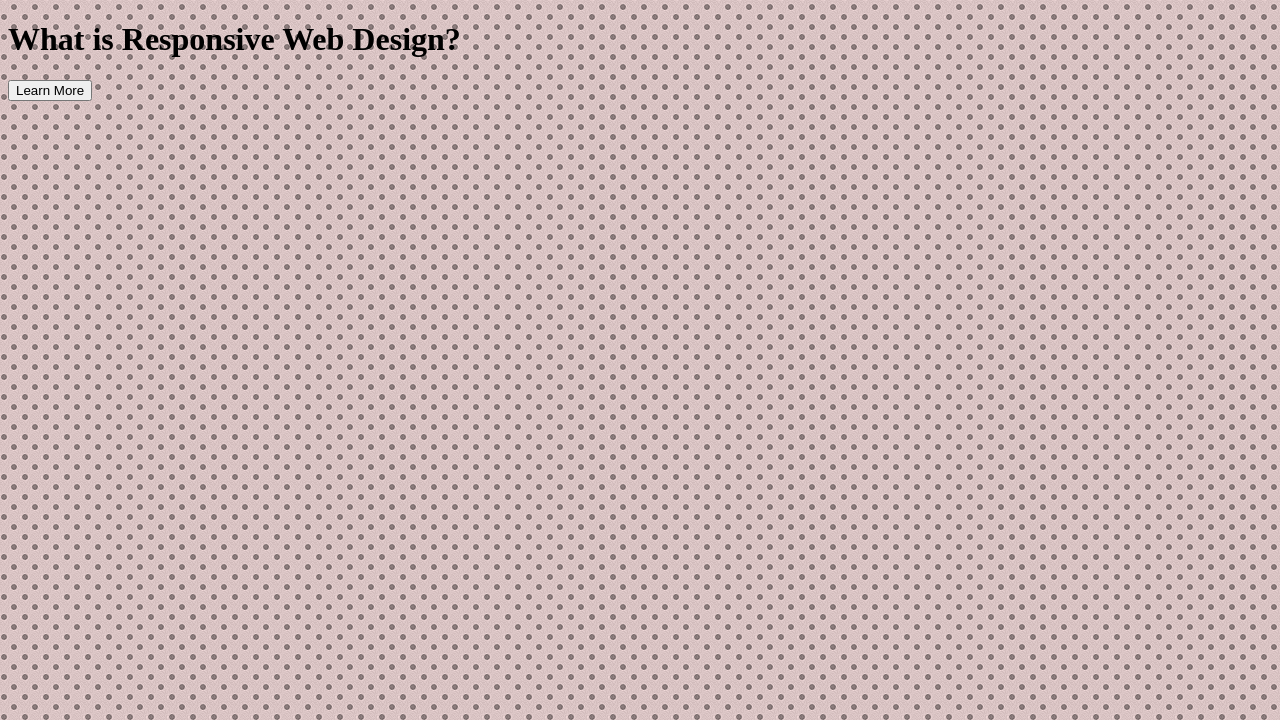
Repository: song-bean/Web_song
Page: 02_CSS/src/main/webapp/chapter05/unit07_01_media_before.html
An editor plug-in stored every save of this project. The page is shown before and after the next save, followed by the edit.
The browser window is 1280 px wide. The pictures show the whole page.

Above is the page before, as saved 2023-02-24 02:15:39.

### 02_CSS/src/main/webapp/chapter05/unit07_01_media_before.html
<!DOCTYPE HTML>
<html>
	<head>
		<title>해상도 크기에 따라 디자인 다르게 설정하기 </title>
		<meta charset="UTF-8" />
		<style type="text/css">
			body{
				background: url("images/pattern.png");
			}



		</style>
	</head>

	<body>
		<h1><span>What is Responsive Web Design?</span></h1>
		<div>
			<input type="button" value="Learn More" class="btn" />
		</div>
	</body>
</html>

After the next save:
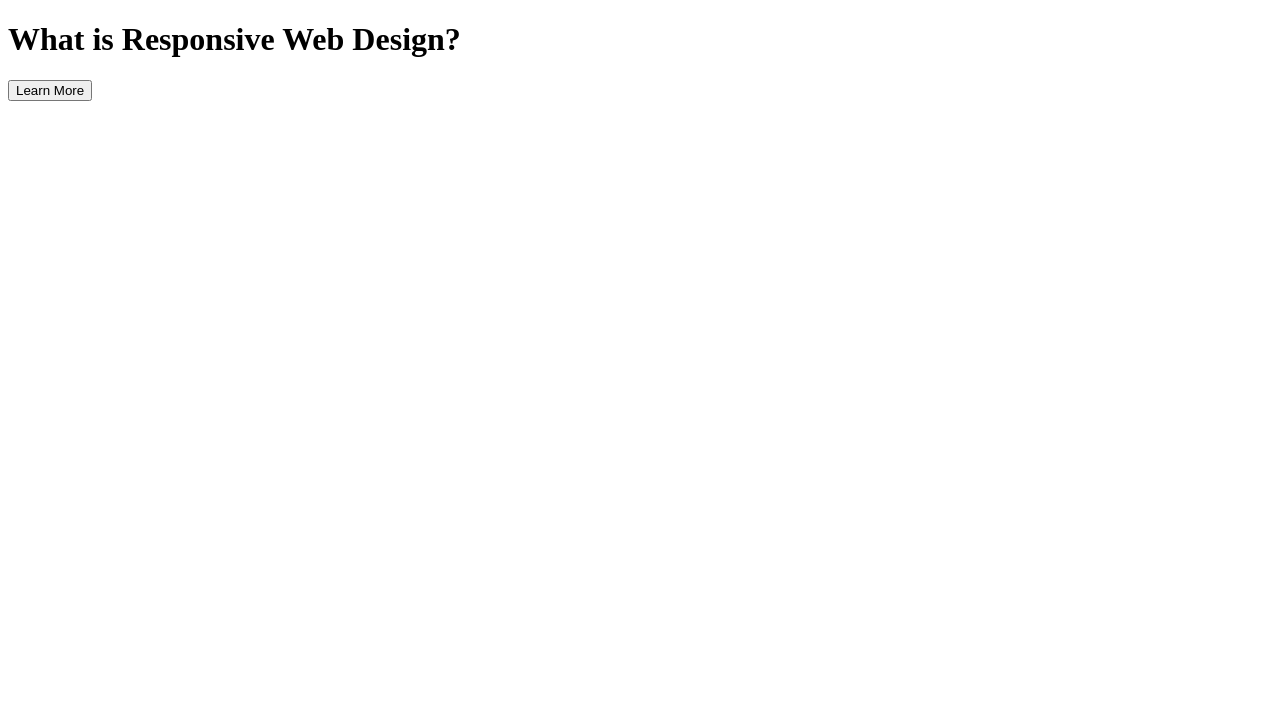
Saved 38 s later.
--- a/02_CSS/src/main/webapp/chapter05/unit07_01_media_before.html
+++ b/02_CSS/src/main/webapp/chapter05/unit07_01_media_before.html
@@ -5,7 +5,7 @@
 		<meta charset="UTF-8" />
 		<style type="text/css">
 			body{
-				background: url("images/pattern.png");
+				background-image: url("images/pattern.png") 0.8;
 			}
 
 

After the save that followed:
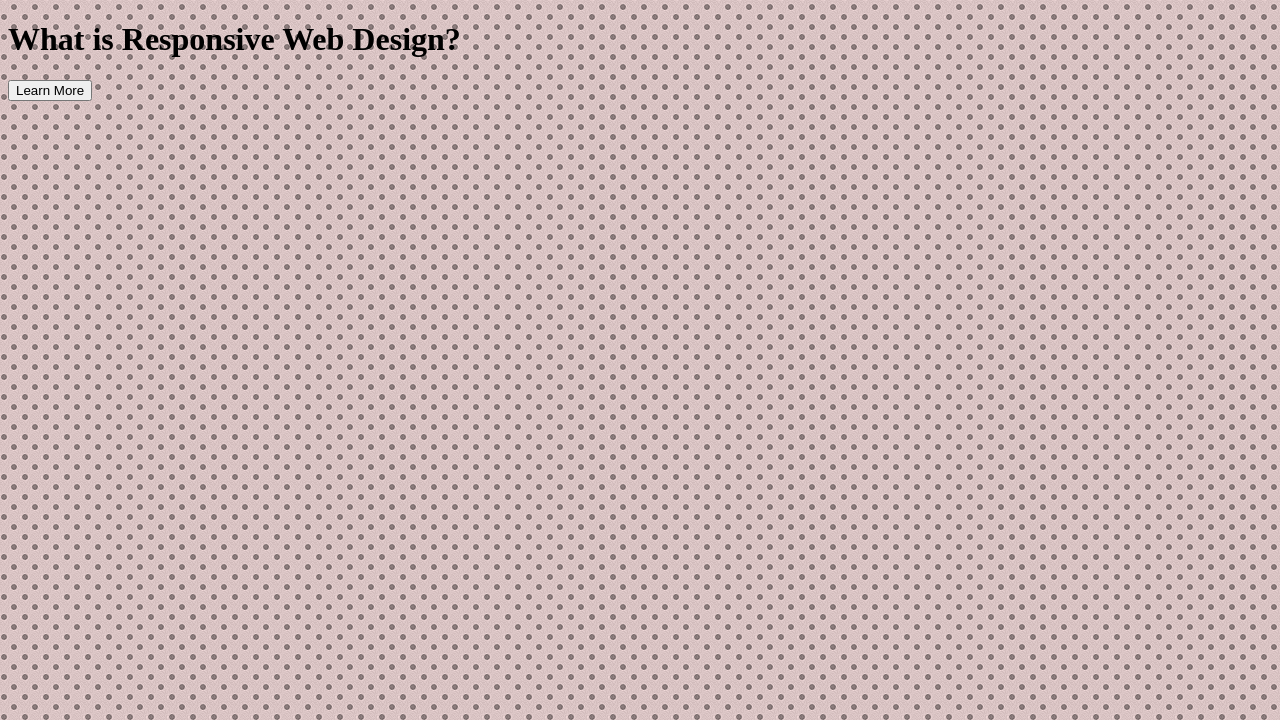
Saved 7 s later.
--- a/02_CSS/src/main/webapp/chapter05/unit07_01_media_before.html
+++ b/02_CSS/src/main/webapp/chapter05/unit07_01_media_before.html
@@ -5,7 +5,7 @@
 		<meta charset="UTF-8" />
 		<style type="text/css">
 			body{
-				background-image: url("images/pattern.png") 0.8;
+				background: url("images/pattern.png");
 			}
 
 
